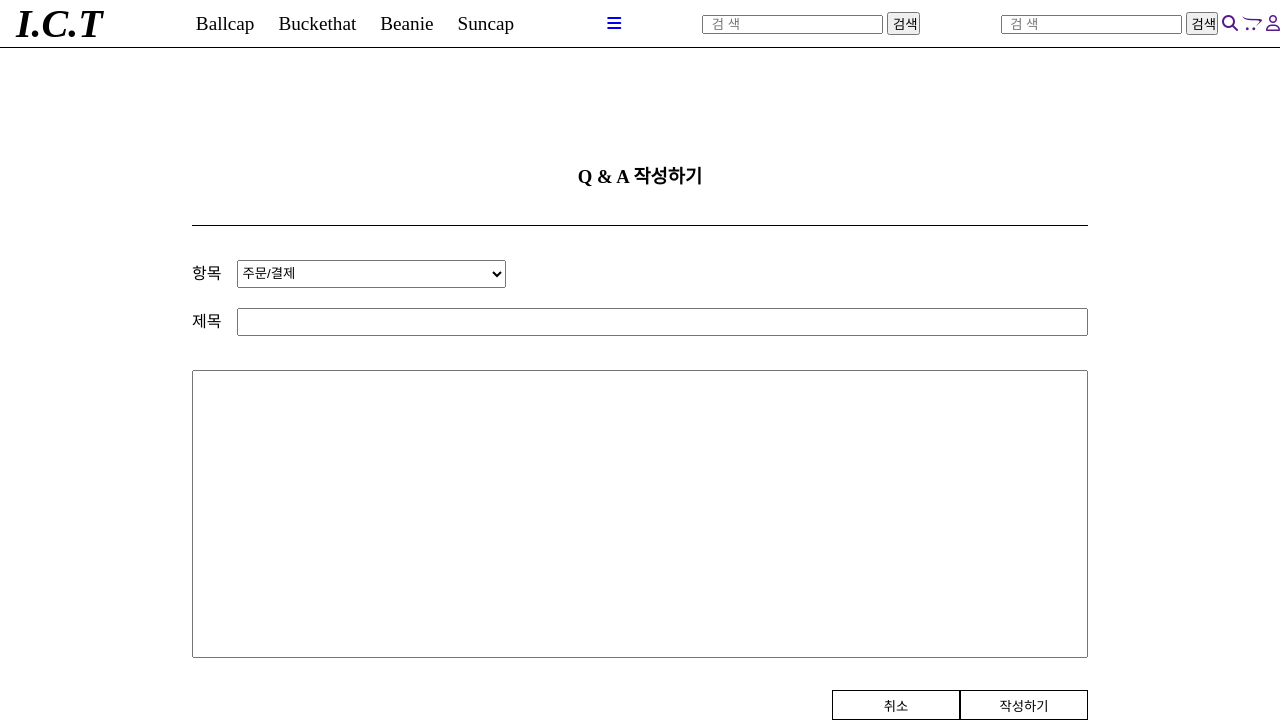
Repository: Developer120000/project1
Page: http://localhost/project1/productpage/q_a_write.jsp
These files come from the project's save history. The page is drawn as it stood at one moment and after the next save; the edit follows.
The browser window is 1280 px wide. The pictures show the whole page.
Some web libraries are served in a nearby version. The page is served by Tomcat 9.

Above is the page before, as saved 2024-03-22 08:58:47.
Console error: SyntaxError: Identifier 'hamburger' has already been declared

### project1/src/main/webapp/productpage/q_a_write.jsp
<%@ page language="java" contentType="text/html; charset=UTF-8"
    pageEncoding="UTF-8"%>
<!DOCTYPE html>
<html>
<head>
<meta charset="UTF-8">
<meta name="viewport" content="width=device-width, initial-scale=1">
<title>payment</title>
<%@ include file="header.jsp" %>
<link rel="stylesheet" href="../css/header.css">
<script src="../js/header.js" defer></script>
<link rel="stylesheet" href="../css/q_a_write.css">
</head>
<body>
	<div class="qawritercontainer">
		<div class="qawriterwrapper">
			<h3 class="qawritertitle">Q & A 작성하기</h3>
			<ul class="qawriterul">
				<li class="qawriterli">
					<label for="qawriteritem" class="qawriteritem1">항목</label>
					<select name="qawriteritem1" class="qawriteritem">
						<option value="">주문/결제</option>
						<option value="">취소/환불</option>
						<option value="">출고/배송</option>
						<option value="">반품/교환</option>
						<option value="">재입고문의</option>
						<option value="">제품문의</option>
						<option value="">기타문의</option>
					</select>
				</li>
				<li class="qawriterli">
					<label for="qawriteritem1-1" class="qawriteritem1">제목</label>
					<input type="text" class="qawriteritem1-1" id="qawriteritem1-1" required>
				</li>
				<li>
					<input type="text" class="qawiter" required>
				</li>
			</ul>
		<p class="qawrite">
			<input type="reset" class="qawrite1" value="취소">
			<input type="submit" class="qawrite1" value="작성하기">
		</p>
		</div>
	</div>
</body>
</html>

### project1/src/main/webapp/productpage/header.jsp
<%@ page language="java" contentType="text/html; charset=UTF-8"
    pageEncoding="UTF-8"%>
<!DOCTYPE html>
<html>
<head>
<meta charset="UTF-8">
<meta name="viewport" content="width=device-width, initial-scale=1.0">
<title>I.C.T</title>
<script src="https://kit.fontawesome.com/80123590ac.js" crossorigin="anonymous"></script>
<link rel="stylesheet" href="../css/header.css">
<script src="../js/header.js" defer></script>
<!-- <script defer src="js 파일 위치"></script> -->
</head>
<body>
	<header id="header">
		<div class="wrapper">
			<p class="title">
				<a href="">I.C.T</a>
			</p>
			<ul class="category">
				<li><a href="">Ballcap</a></li>
				<li><a href="">Buckethat</a></li>
				<li><a href="">Beanie</a></li>
				<li><a href="">Suncap</a></li>
			</ul>
			<a href="#" class="hamburger">
				<i class="fa-solid fa-bars"></i>
			</a>
			<form class="item2" onsubmit="return false">
				<input type="text" class="searchbar2" type="text" placeholder="&nbsp;&nbsp;검 색">
				<button class="res2">&nbsp;검색</button>
			</form>
			<form class="item" onsubmit="return false">
				<input type="text" class="searchbar1" type="text" placeholder="&nbsp;&nbsp;검 색">
				<button class="res1">&nbsp;검색</button>
				<a href="" class="b1 a1"><i class="fa-solid fa-magnifying-glass"></i></a>
				<a href="" class="b2 a1"><i class="fa-brands fa-opencart"></i></a>
<!-- 				<i class="fa-solid fa-cart-shopping"></i> -->
				<a href="" class="b3 a1"><i class="fa-regular fa-user"></i></a>
			</form>
		</div>
	</header>

</body>
</html>

### project1/src/main/webapp/css/header.css
@charset "UTF-8";
*{margin: 0px; }
#header{

/* 	height: 4.06rem; */
}
.wrapper{
	width: 100%;
	position: fixed;
	display: flex;
	justify-content: space-between;
	align-items: center;
	background-color: white;
	border-bottom: 1px solid black;
	z-index: 5;
}
.title a{
	text-decoration: none;
	font-size: 2.5rem;
	font-weight: bold;
	margin-left: 1rem;
	color: black;
	font-style: italic;
	display: inline-block;
}
.category{
	display: flex;
/* 	margin-right: 50%; */
	list-style: none;
}
.category li{
	padding: 8px 12px;
}
li a{
/* 	margin-right: 1.0rem; */
	font-size: 1.2rem;
	text-decoration: none;
}
li a:visited {color: black;}
li a:hover {text-decoration: underline;}

.search{
	display: flex;
	padding-left: 0;

/* 	width: 60%; */
/* 	text-align: right; */
}
.searchbar{
/* 	width: 30%; */
/* 	margin-right: 5px;  */
	padding: 5px;
}
.a1{
/* 	margin-right: 10%; */
}
.icon{display: none;}


@media screen and (max-width:600px){
	.wrapper{
		flex-direction: column;
		align-items: flex-start;
		padding: 8px 24px;
	}
	.category{
		display: none;
		flex-direction: column;
		align-items: center;
		width: 100%;
	}
	.category li a{
		width: 100%;
		text-align: center;
	}
	.search{
		display: none;
		justify-content: center;
		width: 100%;
	}
	.icon{
		display: block;
	}
}

@media screen and (max-width:1138px){


}


@media screen and (max-width:800px){


}

/* 1015px 이하 - suncap 사라짐 */
@media screen and (max-width:590px){

	.header_second #s4{display: none;}
}

### project1/src/main/webapp/css/q_a_write.css
@charset "UTF-8";
*{margin: 0px; padding: 0px; box-sizing: border-box;}

.qawritercontainer{
	padding-top: 4.06rem;
	width: 100%;
}
.qawriterwrapper{
	display: flex;
	flex-direction: column;
	align-items: center;
	line-height: 2rem;
	width: 100%;
}
.qawritertitle{
	margin-top: 4rem;
	padding: 2rem 0;
	border-bottom: 1px solid black;
	width: 70%;
	text-align: center;
}
.qawriterul{
	width: 70%;
	list-style: none;
	margin: 2rem 0;
}
.qawriterli{
	width: 100%;
	display: flex;
	align-items: center;
}
.qawriteritem1{
	margin-right: 1rem;
	margin-bottom: 1rem;
}
.qawriteritem{
	width: 30%;
	height: 1.7rem;
	margin-bottom: 1rem;
}
.qawriteritem1-1{
	height: 1.7rem;
	flex-grow: 1;
	margin-bottom: 1rem;
}
.qawiter{
	width: 100%;
	height: 40vh;
	margin-top: 1rem;
}
.qawrite{
	width: 70%;
	height: 1.9rem;
	display: flex;
    justify-content: flex-end;
}
.qawrite1{
	min-width: 8rem;
	height: 100%;
	color: black;
	cursor: pointer;
	border: 1px solid black;
	background-color: white;
}
.qawrite2{
	min-width: 8rem;
	height: 100%;
	background-color: black;
	color: white;
	border: none;
	cursor: pointer;
	margin-left: 1rem;
}

### project1/src/main/webapp/js/header.js
const hamburger = document.querySelector('.hamburger');
const category = document.querySelector('.category');

hamburger.addEventListener('click', () => {
    category.classList.toggle('active');
})

document.addEventListener('click', (e) => {
    if (!category.contains(e.target) && !hamburger.contains(e.target)) {
        category.classList.remove('active');
    }
})


const b1 = document.querySelector('.b1');
const searchbar2 = document.querySelector('.searchbar2');
const res2 = document.querySelector('.res2');

b1.addEventListener('click', (e) => {
	e.preventDefault();
//	e.stopPropagation();
    searchbar2.classList.toggle('active');
    res2.classList.toggle('active');
})

document.addEventListener('click', (e) => {
    if (!searchbar2.contains(e.target) && !res2.contains(e.target) && !b1.contains(e.target)) {
        searchbar2.classList.remove('active');
    }
})

document.addEventListener('click', (e) => {
    if (!res2.contains(e.target) && !searchbar2.contains(e.target) && !b1.contains(e.target)) {
        res2.classList.remove('active');
    }
})


//const b2 = document.querySelector('.b2');
//const b3 = document.querySelector('.b3');
//
//hamburger.addEventListener('click', () => {
//    b2.classList.toggle('active');
//    b3.classList.toggle('active');
//})
//
//document.addEventListener('click', (e) => {
//    if (!hamburger.contains(e.target) && !b2.contains(e.target) && !b3.contains(e.target) && !category.contains(e.target)) {
//		category.classList.remove('active');
//        b2.classList.toggle('active');
//    	b3.classList.toggle('active');
//    }
//})

After the next save:
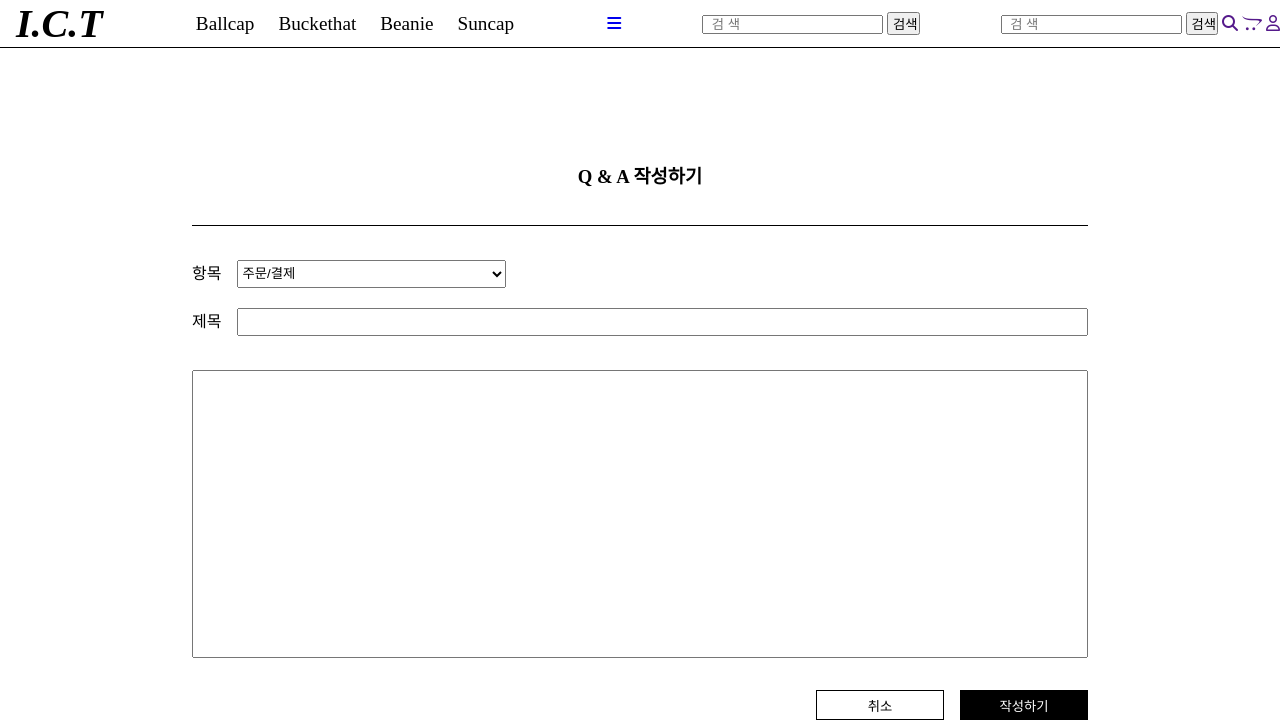
Saved 51 s later.
--- a/project1/src/main/webapp/productpage/q_a_write.jsp
+++ b/project1/src/main/webapp/productpage/q_a_write.jsp
@@ -38,7 +38,7 @@
 			</ul>
 		<p class="qawrite">
 			<input type="reset" class="qawrite1" value="취소">
-			<input type="submit" class="qawrite1" value="작성하기">
+			<input type="submit" class="qawrite2" value="작성하기">
 		</p>
 		</div>
 	</div>
